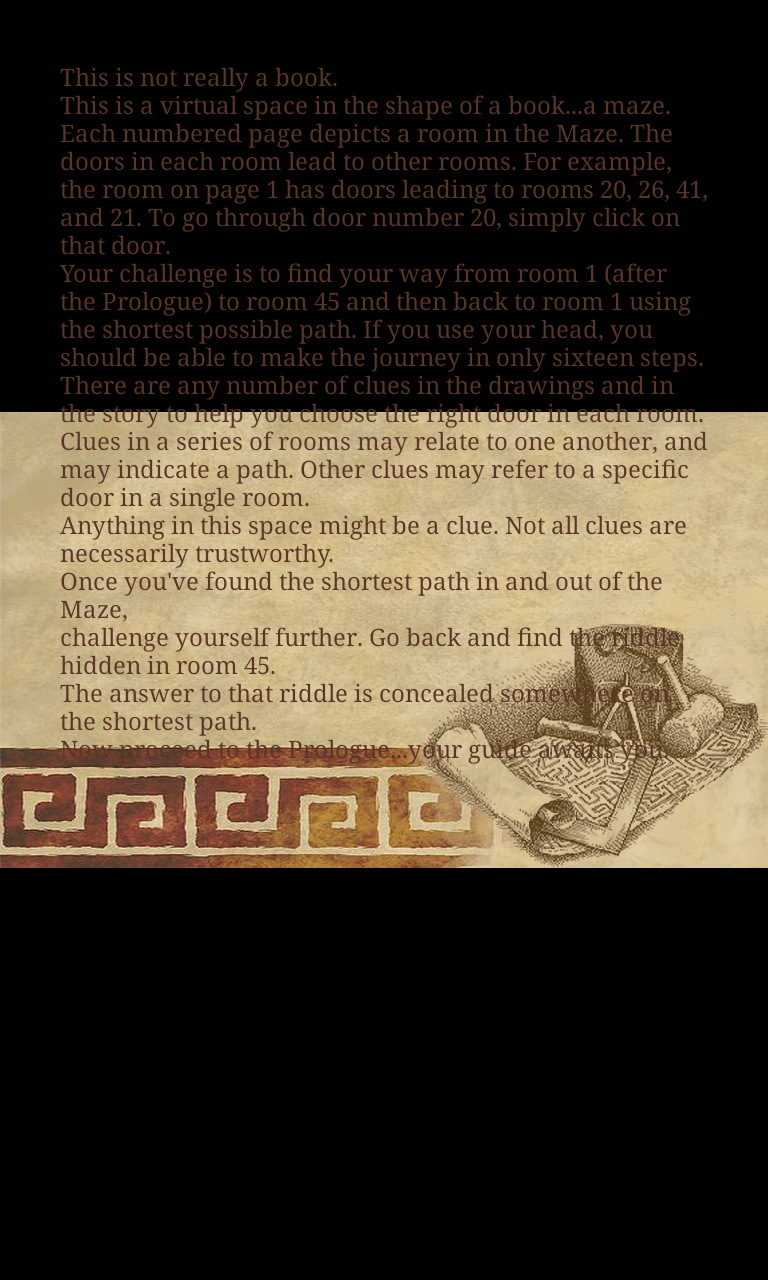
Repository: RandyLedbetter/maze
Layout: MazeTest/res/layout/activity_directions.xml
An editor plug-in stored every save of this project. The layout is shown before and after the next save, followed by the edit.
It is drawn on a 768 x 1280 px phone screen (xhdpi) without system bars, with theme android:Theme.NoTitleBar.Fullscreen; the app's code is not run.

Above is the layout before, as saved 2014-04-25 01:37:43.

### MazeTest/res/layout/activity_directions.xml
<FrameLayout xmlns:android="http://schemas.android.com/apk/res/android"
     xmlns:tools="http://schemas.android.com/tools"
	 android:id="@+id/directions_frame"
	 android:layout_width="fill_parent"
	 android:layout_height="fill_parent"
	 android:background="@color/background" >
	<ImageView
	 android:id="@+id/maze_info_background"
	 android:layout_width="fill_parent"
	 android:layout_height="fill_parent"
	 android:scaleType="fitCenter"
	 android:contentDescription="@string/directions_description"
	 android:src="@drawable/maze_info_background"
	 />

 	<TextView
 	    android:layout_width="wrap_content"
 	    android:layout_height="wrap_content"
 	    android:padding="10dp"
 	    android:paddingBottom="0dp"
 	    android:layout_margin="20dp"
 	    android:text="@string/directions"
 	    android:textColor="#5A3627"
 	    android:textSize="@dimen/directions_text_size"
 	    android:typeface="serif" />

</FrameLayout>

### MazeTest/res/values/values.xml
<?xml version="1.0" encoding="utf-8"?>
<resources>
    <color name="background">#000000</color>

</resources>

### MazeTest/res/values/strings.xml
<?xml version="1.0" encoding="utf-8"?>
<resources>

    <string name="app_name">MazeTest</string>
    <string name="action_settings">Settings</string>
    <string name="desc">Room Image</string>
    <string name="captions">Captions are not working if you see this string of text.</string>
    <string name="options_menu">Options</string>
    <string name="ok">OK</string>
    <string name="cancel">Cancel</string>
    <string name="author">Author: Christopher Manson</string>
    <string name="publisher">Publisher: Henry Holt and Company - 1985</string>
    <string name="developer1">Randy Ledbetter</string>
    <string name="developer2">Taylor Carrington</string>
    <string name="developer3">Jayd Saucedo</string>
    <string name="developers">Developers:</string>
    <string name="directions">This is not really a book.\nThis is a virtual space in the shape of a book...a maze. Each numbered page depicts a room in the Maze. The doors in each room lead to other rooms. For example, the room on page 1 has doors leading to rooms 20, 26, 41, and 21. To go through door number 20, simply click on that door.\nYour challenge is to find your way from room 1 (after the Prologue) to room 45 and then back to room 1 using the shortest possible path. If you use your head, you should be able to make the journey in only sixteen steps.\nThere are any number of clues in the drawings and in the story to help you choose the right door in each room. Clues in a series of rooms may relate to one another, and may indicate a path. Other clues may refer to a specific door in a single room.\nAnything in this space might be a clue. Not all clues are necessarily trustworthy.\nOnce you\'ve found the shortest path in and out of the Maze,\nchallenge yourself further. Go back and find the riddle hidden in room 45.\nThe answer to that riddle is concealed somewhere on the shortest path.\nNow proceed to the Prologue...your guide awaits you.\n</string>
    <string name="directions_description">This view contains directions for how to win MAZE</string>

</resources>

### MazeTest/res/values/dimens.xml
<resources>

    <!-- Default screen margins, per the Android Design guidelines. -->
    <dimen name="activity_horizontal_margin">16dp</dimen>
    <dimen name="activity_vertical_margin">16dp</dimen>
    <dimen name="font_size">12sp</dimen>
    <dimen name="captions_left_margin">140dp</dimen>
    <dimen name="captions_right_margin">50dp</dimen>
    <dimen name="captions_bottom_margin">30dp</dimen>
    <dimen name="captions_height">55dp</dimen>
    <dimen name="dashboard_btn_padding_right">40dp</dimen>
    <dimen name="dashboard_btn_text_size">18sp</dimen>
    <dimen name="directions_text_size">12sp</dimen>

</resources>

After the next save:
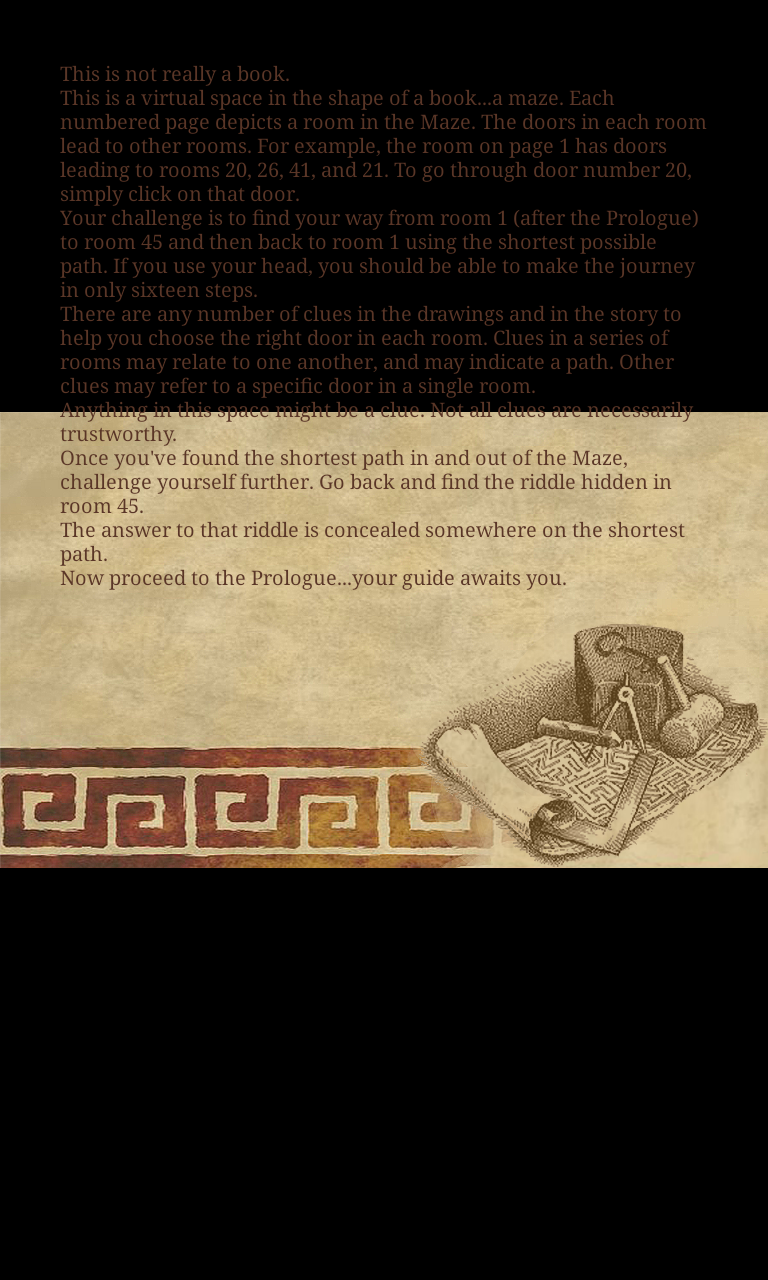
Saved 46 s later.
--- a/MazeTest/res/values/dimens.xml
+++ b/MazeTest/res/values/dimens.xml
@@ -10,6 +10,6 @@
     <dimen name="captions_height">55dp</dimen>
     <dimen name="dashboard_btn_padding_right">40dp</dimen>
     <dimen name="dashboard_btn_text_size">18sp</dimen>
-    <dimen name="directions_text_size">12sp</dimen>
+    <dimen name="directions_text_size">10sp</dimen>
 
 </resources>
